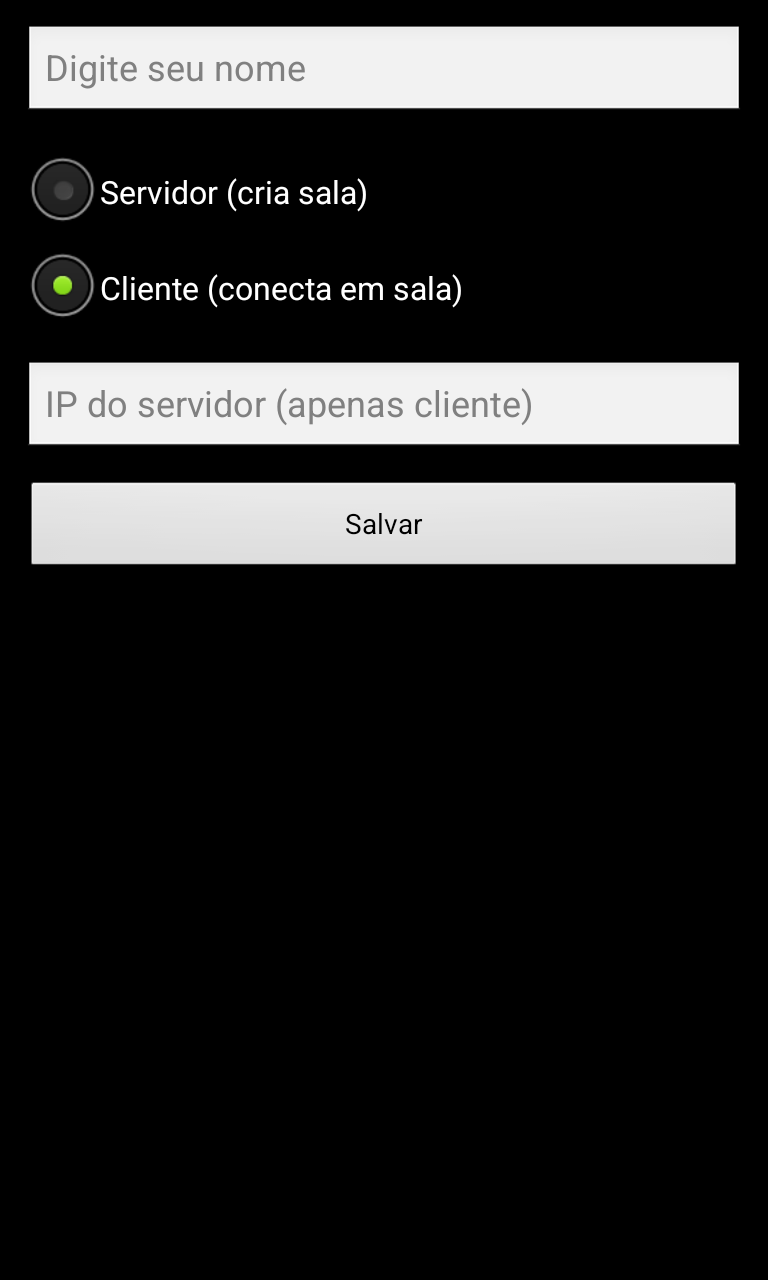
Repository: JoelmirMoura/AppMensagem
Layout: Mensagem/res/layout/config.xml
An editor plug-in stored every save of this project. The layout is shown before and after the next save, followed by the edit.
It is drawn on a 768 x 1280 px phone screen (xhdpi) without system bars, with theme android:Theme; the app's code is not run.

Above is the layout before, as saved 2026-04-28 11:24:09.

After the next save:
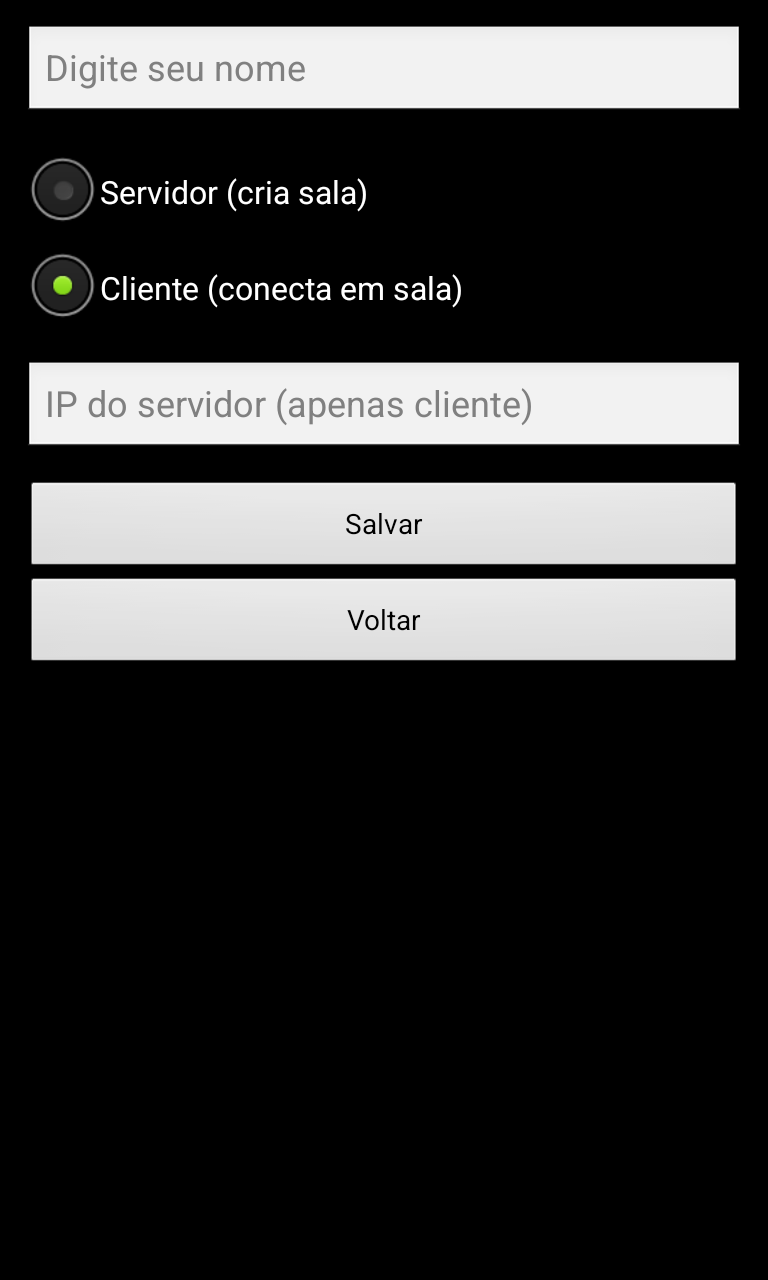
Saved 8 min 15 s later.
--- a/Mensagem/res/layout/config.xml
+++ b/Mensagem/res/layout/config.xml
@@ -53,4 +53,10 @@
         android:text="Salvar"
         android:layout_marginTop="12dp" />
 
+        <Button
+    android:id="@+id/btnVoltar"
+    android:layout_width="match_parent"
+    android:layout_height="wrap_content"
+    android:text="Voltar"/>
+
 </LinearLayout>
